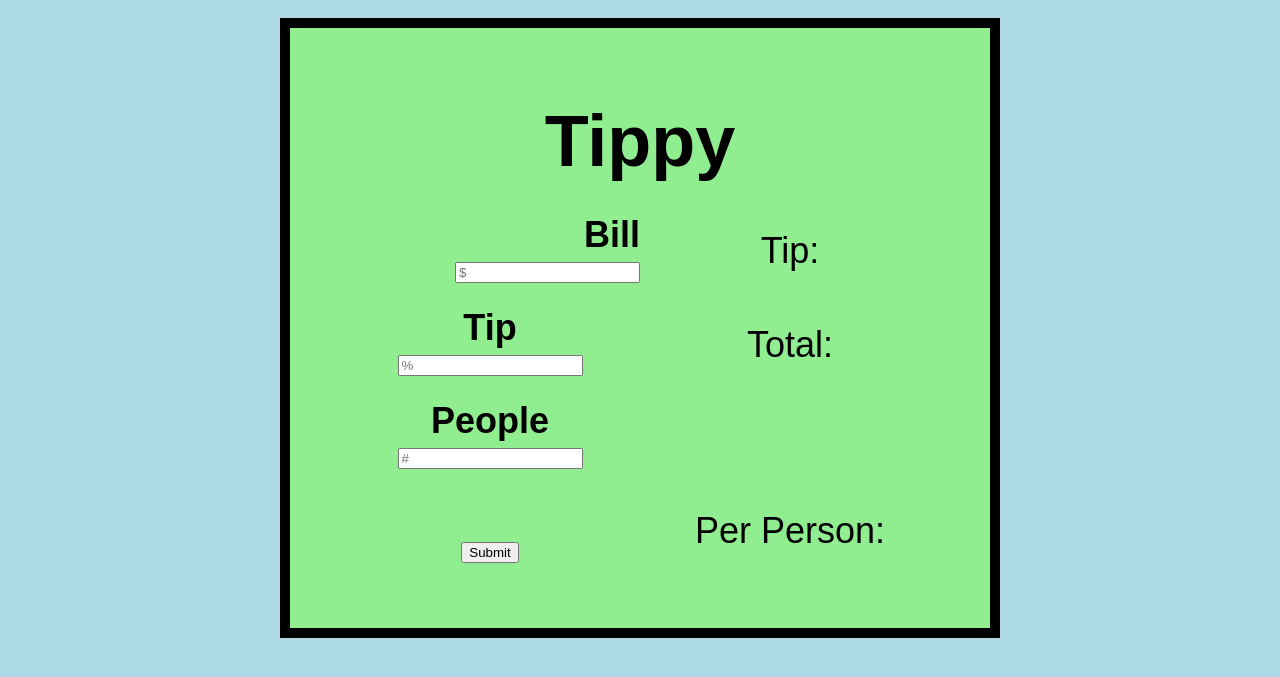
Repository: SamirIngley/Tip-Calculator
Page: tip_display.html
These files come from the project's save history. The page is drawn as it stood at one moment and after the next save; the edit follows.
The browser window is 1280 px wide. The pictures show the whole page.

Above is the page before, as saved 2020-02-13 11:18:01.

### tip_display.html
<!DOCTYPE html>
<html lang="en">
<head>
    <meta charset="UTF-8">
    <meta name="viewport" content="width=device-width, initial-scale=1.0">
    <meta http-equiv="X-UA-Compatible" content="ie=edge">
    <link href="style.css" rel="stylesheet">
    <title>Tip Calculator</title>
</head>
<body>

    <form id='form' class='form'>
        <div class='title'>
            <h1>Tippy</h1>
        </div>
        <div class='bill'>
            <label>Bill</label><br>
            <input id='bill' type="number" name="bill" placeholder="$">
        </div>
        <div class='tip'>
            <label>Tip</label><br>
            <input id='tip' type="number" name="tip" placeholder="%">
        </div>
        <div class='numppl'>
            <label>People</label><br>
            <input id='numppl' type="number" name="numppl" placeholder="#">
        </div>
        <div class='submit'><br>
            <input type="submit" name="submit" value="Submit">
        </div>


        <div id='total-display' class="total-disp">
            Total:
        </div>

        <div id='tip-display' class="tip-disp">
            Tip:
        </div>

        <div id='total-pp-display' class="pp-disp">
            Per Person:
        </div>

    </form>

</body>



    <script>

        const inputBill = document.getElementById('bill')
        const inputTip = document.getElementById('tip')
        const inputNumppl = document.getElementById('numppl')
        const form = document.getElementById('form')
        const displayTip = document.getElementById('tip-display')
        const displayTotal = document.getElementById('total-display')
        const displayTotalPP = document.getElementById('total-pp-display')


        function calculateTip() {

            const bill = parseInt(inputBill.value)
            const people = inputNumppl.value
            const percent = inputTip.value
            const tip = bill * percent / 100
            const total = bill + tip
            const totalPP = total / people
            console.log(bill)
            console.log(percent)
            console.log(total)
            console.log(tip)
            console.log(people)
            console.log(totalPP)

            displayTotal.innerHTML = `Total: $${total.toFixed(2)}`
            displayTip.innerHTML = `Tip: $${tip.toFixed(2)}`
            displayTotalPP.innerHTML = `Per Person: $${totalPP.toFixed(2)}`
        }



        form.addEventListener("submit", function(e) {
            e.preventDefault()
            calculateTip()
        })

        // inputBill.addEventListnener('change', function(e) {
        //     console.log(inputBill.value)
        //     const newBillAMount = parseFloat(e.target.value)

        // })

    </script>



</body>
</html>

### style.css
body {
    background-color: lightblue;
    justify-content: center;
    align-items: center;
    /* margin: 100px; */
    /* padding: 100px; */
    display: flex;
}

.form {
    background-color: lightgreen;
    display: grid;
    grid-template-columns: 300px 300px;
    grid-template-rows: repeat(5, 1fr);
    grid-template-areas: "h h"
                         "b d"
                         "t y"
                         "n ."
                         "s p"

}


.form {
    font-family: Arial, Helvetica, sans-serif;
    font-size: 36px;
    font-weight: 2000;
    justify-content: center;
    align-items: center;
    text-align: center;
    height: 500px;
    line-height: 30px;
    margin: 10px;
    padding: 50px;
    border-style: solid;
    border-width: 10px;
    border-color: black;
}

.title {
    grid-area: h;
}

.bill {
    text-align: right;
    grid-area: b;
    font-weight: bold;
}

.tip {
    grid-area: t;
    font-weight: bold;
}

.numppl {
    grid-area: n;
    font-weight: bold;
}

.submit {
    grid-area: s;
}


.tip-disp {
    grid-area: d;
}

.total-disp {
    grid-area: y
}

.pp-disp {
    grid-area: p
}

After the next save:
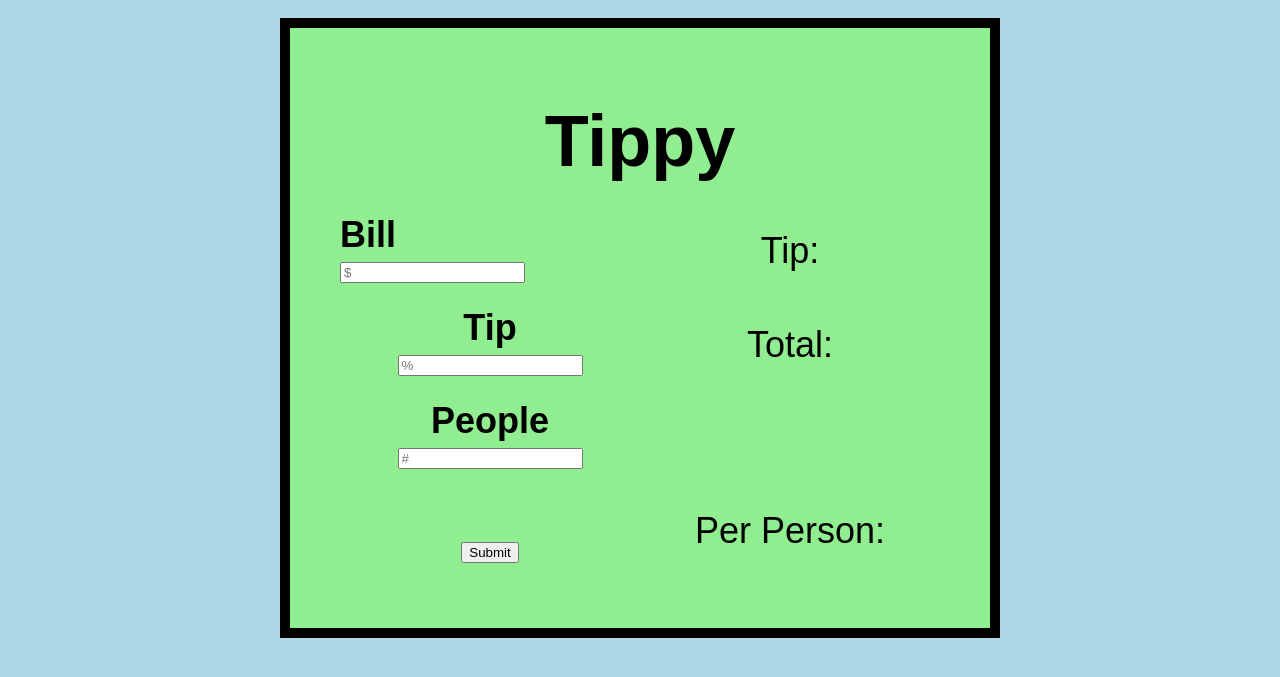
Saved 5 s later.
--- a/style.css
+++ b/style.css
@@ -42,7 +42,7 @@ body {
 }
 
 .bill {
-    text-align: right;
+    text-align: left;
     grid-area: b;
     font-weight: bold;
 }
